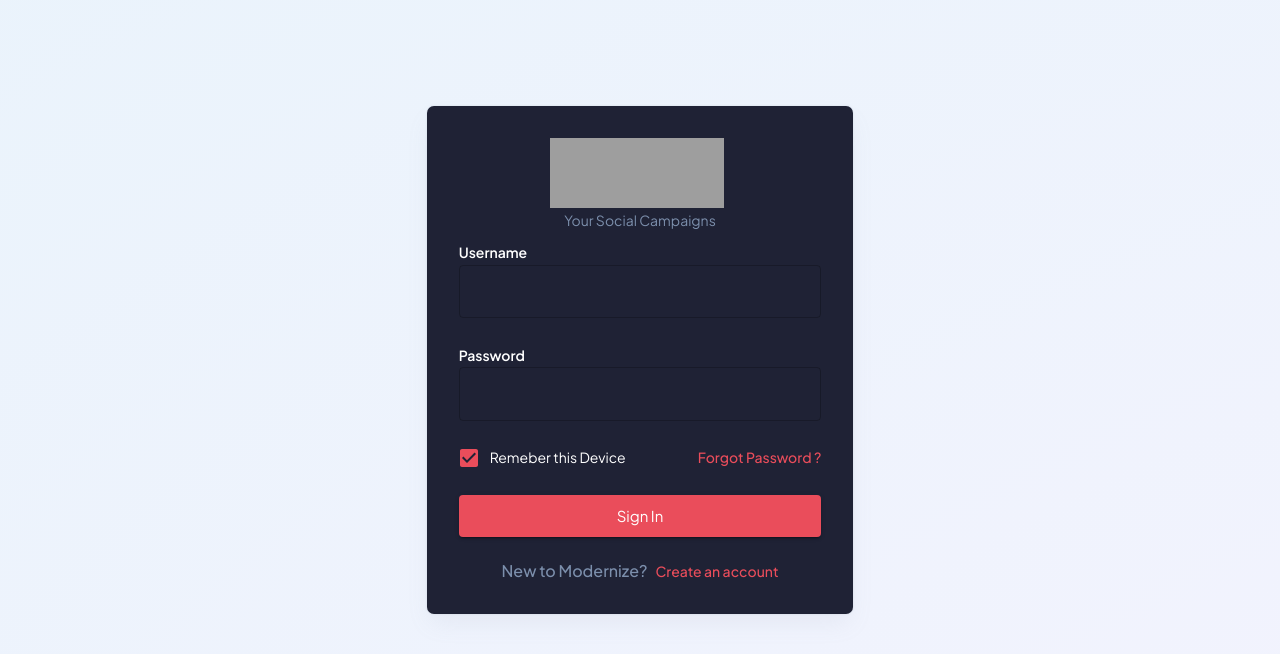
Repository: NoteDevil/adminpanel.dragon-games.com
Page: /authentication/login
An editor plug-in stored every save of this project. The page is shown before and after the next save, followed by the edit.
The browser window is 1280 px wide. The pictures show the whole page.
Pictures or frames that could not be fetched are drawn as grey boxes. The project was rebuilt for these pictures with package versions that can differ from the ones it lists, and the page was loaded fresh each time. The framework's server and built-in components were replaced by stand-ins that run in the browser. Also part of the build but not shown: next.config.js.

Above is the page before, as saved 2024-09-12 21:42:42.

After the next save:
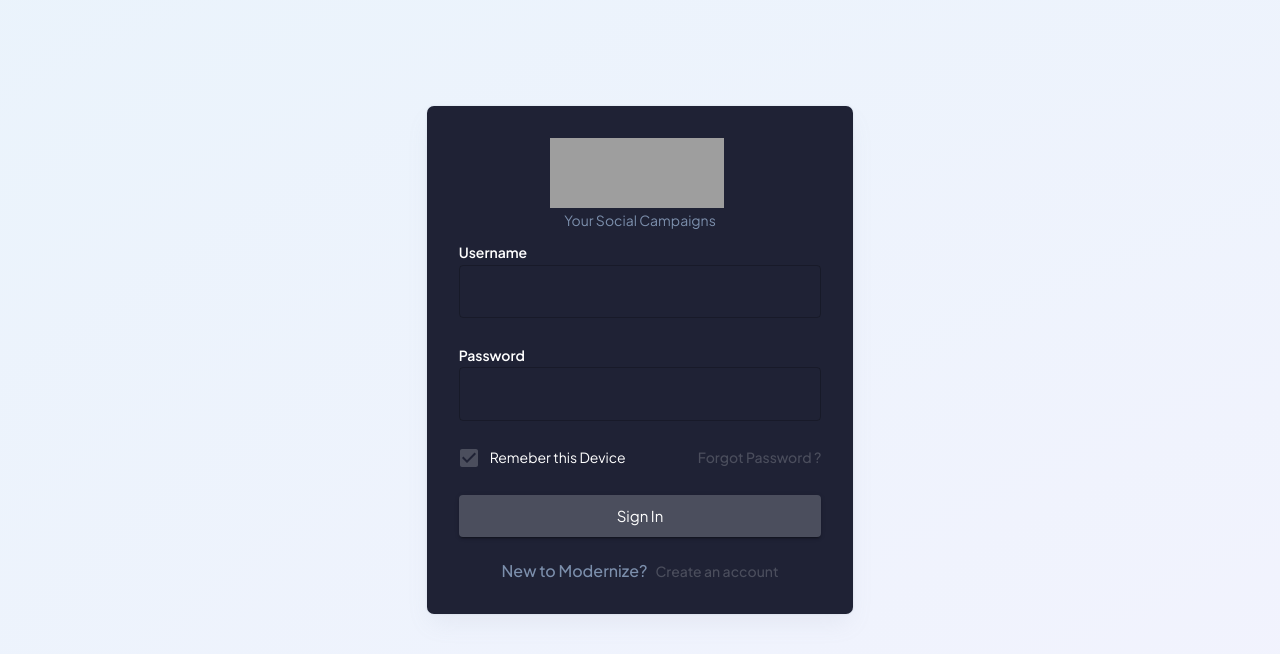
Saved 4 min 41 s later.
--- a/src/utils/theme/DefaultColors.tsx
+++ b/src/utils/theme/DefaultColors.tsx
@@ -13,10 +13,9 @@
   palette: {
     background: {
       paper: "#1F2235",
-      navBar: "#4b4e5d",
     },
     primary: {
-      main: "#EA4D5B",
+      main: "#4b4e5d",
       light: "#1F2235",
       dark: "#4570EA",
     },

After the save that followed:
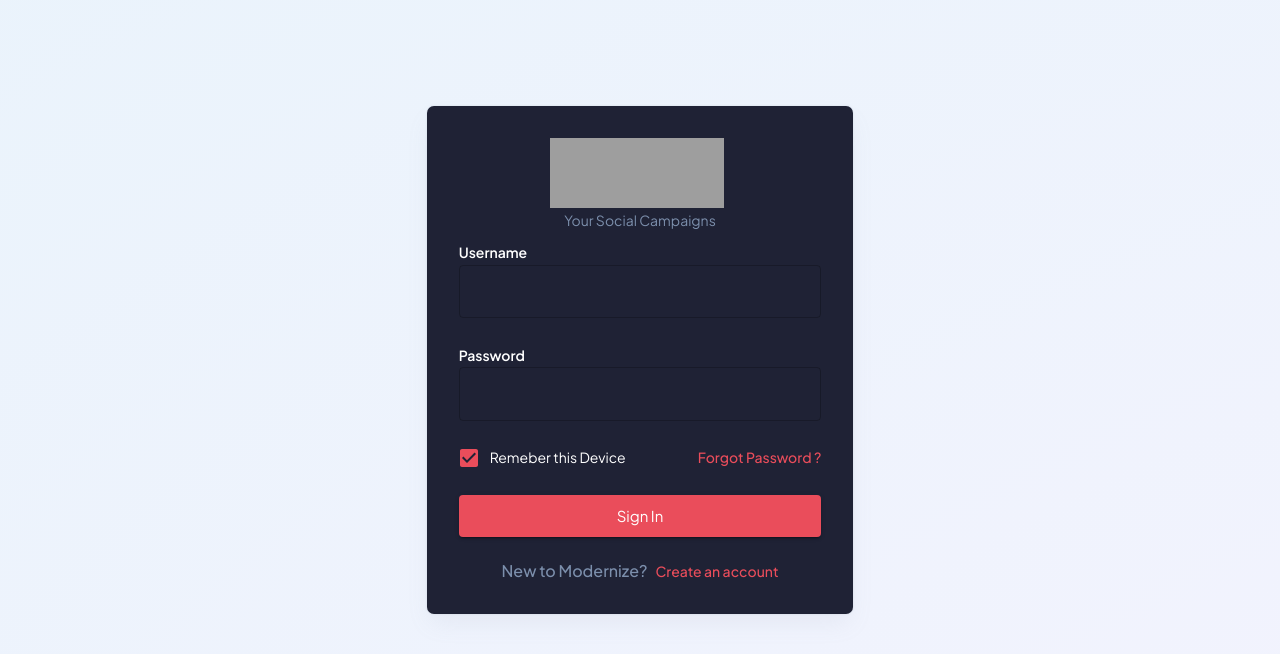
Saved 16 s later.
--- a/src/utils/theme/DefaultColors.tsx
+++ b/src/utils/theme/DefaultColors.tsx
@@ -15,7 +15,7 @@
       paper: "#1F2235",
     },
     primary: {
-      main: "#4b4e5d",
+      main: "#EA4D5B",
       light: "#1F2235",
       dark: "#4570EA",
     },
